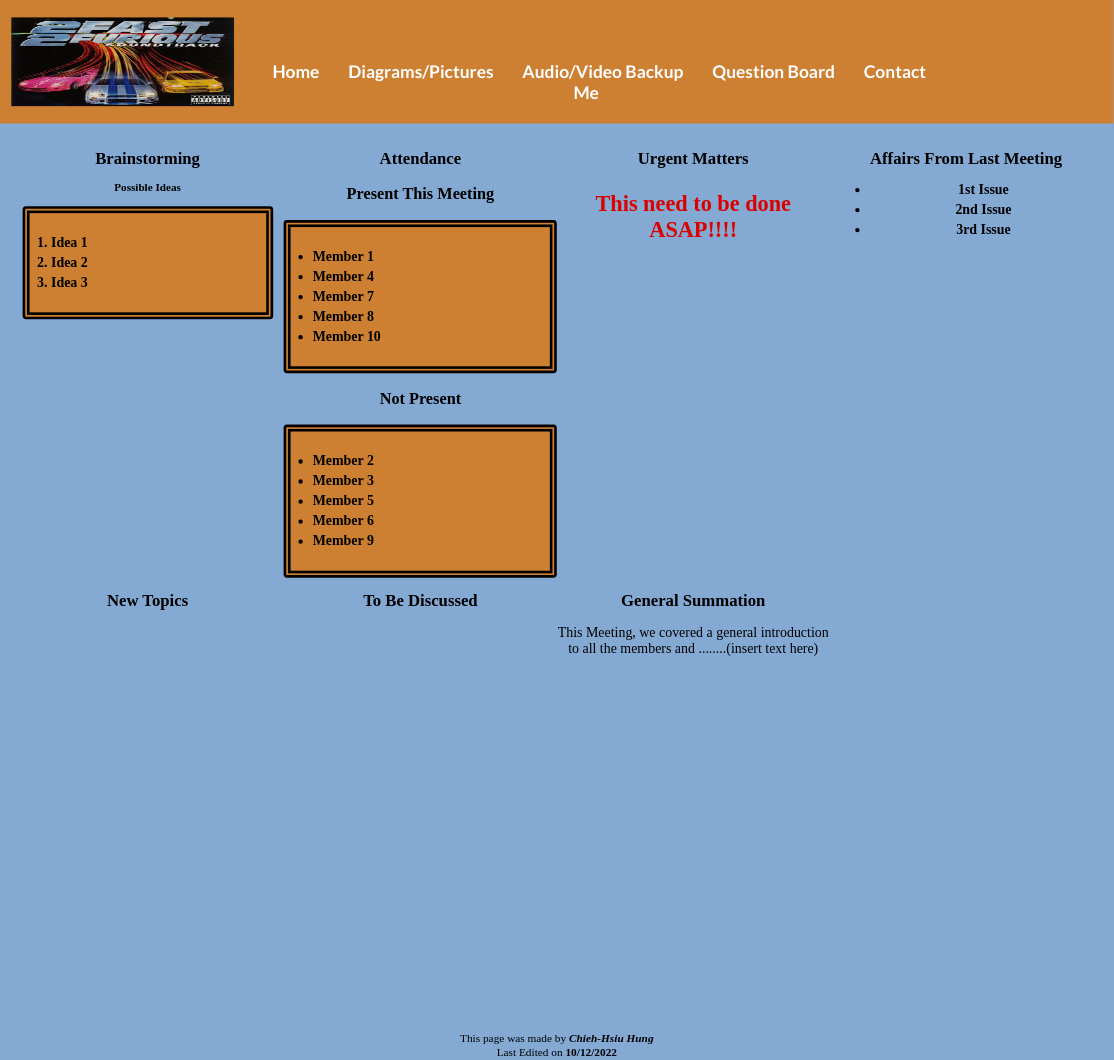
Repository: Chieh0501/fa22-cse110-lab3
Page: index.html
The author's editor kept a copy of each file at every save. The page is drawn from the files as they stood at one save, then again after the next save.
The browser window is 1280 px wide. The pictures show the whole page, at 87% of full size.

Above is the page before, as saved 2022-10-13 04:31:28.

### index.html
<!DOCTYPE html>
<html lang="en">

<head>
	<meta charset="utf-8" />
	<meta name="description" content="Team 2 Meeting Notes" />
	<meta name="keywords" content="HTML, CSS, JavaScript" />
	<meta name="author" content="Chieh-Hsiu Hung" />
	<meta name="viewport" content="width=device-width, initial-scale=1.0" />
	<title>Team 2 Meeting Notes</title>
	<link href="images/favicons/favicon.ico" rel="icon" />
	<link href="styles/main.css" rel="stylesheet" />
	<!-- <script>
		window.addEventListener('load', function () {
			let time = window.performance.timing,
				complete = time.domComplete - time.domLoading;
			document.getElementById('page-load-info').innerHTML = `<strong>Page Loaded in ${parseInt(complete)}ms
			 on ${new Date().toLocaleString("en-US")}</strong>`;
		});
	</script> -->

</head>

<body>
	<header>
		<img src="images/logo.png" alt="Demo Team Logo" class="logo" id="logo">
		<nav class="navBar">
			<a href="index.html">Home</a>
			<a href="images.html">Diagrams/Pictures</a>
			<a href="multimedia.html">Audio/Video Backup</a>
			<a href="questions.html">Question Board</a>
			<a href="contacts.html">Contact Me</a>
		</nav>
	</header>

	<main id="home_main">
		<section class="title">
			<h1>Team 2 Introductory Meeting</h1>
			<h2 id="date">Date: 10/5/2022</h2>
		</section>

		<hr id="blocker" />
		<section id="attendance" class="attendance">
			<h2>Attendance</h2>
			<!-- <form>
				Add Checkbox state with JS later
				<input type="checkbox" id="member1" name="member1" value="chung">
				<label for="vehicle1"> Chieh-Hsiu Hung</label><br>
				<input type="checkbox" id="member2" name="member2" value="avalliani">
				<label for="vehicle1"> Amaar Valliani</label><br>
				<input type="checkbox" id="member3" name="member3" value="ajia">
				<label for="vehicle1"> Andrew Jia</label><br>
				<input type="checkbox" id="member4" name="member4" value="ivarela">
				<label for="vehicle1"> Issac Varela</label><br>
				<input type="checkbox" id="member5" name="member5" value="lnguyen">
				<label for="vehicle1"> Liam Nguyen</label><br>
				<input type="checkbox" id="member6" name="member6" value="nrao">
				<label for="vehicle1"> Nikhil Rao</label><br>
				<input type="checkbox" id="member7" name="member7" value="sdadhwal">
				<label for="vehicle1"> Sahil Dadhwal</label><br>
				<input type="checkbox" id="member8" name="member8" value="tkoon">
				<label for="vehicle1"> Thomas Koon</label><br>
				<input type="checkbox" id="member9" name="member9" value="ycao">
				<label for="vehicle1"> Yingqi Cao</label><br>
				<input type="checkbox" id="member10" name="member10" value="yxu">
				<label for="vehicle1"> YunXiao Xu</label><br>
				<input type="submit" value="Submit">
			  </form> -->
			  <h3>Present This Meeting</h3>
			  <ul>
				<li>Member 1</li>
				<li>Member 4</li>
				<li>Member 7</li>
				<li>Member 8</li>
				<li>Member 10</li>
			  </ul>
			  <h3>Not Present</h3>
			  <ul>
				<li>Member 2</li>
				<li>Member 3</li>
				<li>Member 5</li>
				<li>Member 6</li>
				<li>Member 9</li>
			  </ul>
		</section>
		<section class="brainstorming">
			<h2>Brainstorming</h2>
			<div id="subtitle">Possible Ideas</div>
			<ol>
				<li>Idea 1</li>
				<li>Idea 2</li>
				<li>Idea 3</li>
			  </ol>
		</section>
		<section class="urgent">
			<h2>Urgent Matters</h2>
			<p id="urgent"><span>This need to be done ASAP!!!!</span></p>
		</section>
		<section class="last_meeting">
			<h2>Affairs From Last Meeting</h2>
			<ul>
				<li>1st Issue</li>
				<li>2nd Issue</li>
				<li>3rd Issue</li>
			  </ul>
		</section>
		<section class="new_topics">
			<h2>New Topics</h2>
		</section>
		<section class="tbd">
			<h2>To Be Discussed</h2>
		</section>
		<section class="summation">
			<h2>General Summation</h2>
			<p>This Meeting, we covered a general introduction to all the members and ........(insert text here)</p>
		</section>
	</main>

	<footer>
		<hr />
		<div>This page was made by <i><b>Chieh-Hsiu Hung</b></i></div>
		<aside>Last Edited on <strong>10/12/2022</strong></aside>
	</footer>
</body>

</html>

### styles/main.css
/* main.css */

html,

:root {
  --vw-lg: 1920px;
  --vw-md: 1366px;
  --vw-sm: 600px;
  --primary-color: #84aad4;
  --secondary-color: white;
  --accent-color-1: #CD7F32;
  --accent-color-2: #969696;
  --accent-color-3: hsl(150deg 30% 60%);
}

body {
  background-color: var(--primary-color);
  display: block;
  margin: 0;
  padding-top: 0;
  padding-bottom: 0;
  padding-left: 0;
  padding-right: 0;
}
@font-face {
  font-family: "Lato";
  font-style: normal;
  font-weight: 400;
  src: url("../fonts/Lato/Lato-Regular.ttf") format("truetype");
}
@font-face {
  font-family: "Lato";
  font-weight: bold;
  font-weight: 400;
  src: url("../fonts/Lato/Lato-Bold.ttf") format("truetype");
}
@font-face {
  font-family: "Lato";
  font-style: italic;
  font-weight: 400;
  src: url("../fonts/Lato/Lato-Italic.ttf") format("truetype");
}
.grid main{
  display: grid;
}

/****** header ******/

header {
  display:grid;
  grid-template-columns: repeat(6, 1fr);
  gap: 1rem;
  text-align: center;
  padding: 20px 0;
  font-family: "Lato", bold;
  background: var(--accent-color-1);
}

#logo {
  margin-left: 1vw;
  float: left;
  height: 3vw;
}
/******* NavBar *******/
.navBar {
  grid-column: 2 / span 4;
  position: relative;
  overflow: hidden;
  margin-top: 50px;
}
.navBar > a{
  float: none;
  color: #ffffff;
  text-align: center;
  padding: 15px 15px;
  text-decoration: none;
  font-size: 20px;
}
.navBar a:hover{
  text-decoration: underline;
}
.navBar a:visited{
  color: #000000;
}
/****** general **********/
section h2{
  font-size: 1.5vw;
}
hr {
  display: none;
}

/****** home content ******/
#home_main {
  display:grid;
  margin: 1vw;
  grid-template-columns: repeat(4, 1fr);
  grid-template-rows: repeat(2, 1fr);
  text-align: center;
}
.title {
  display:flex;
  flex-direction: column;
  margin: 1vw;
  text-align: center;
}
.title h1{
  float:initial;
  font-size: 2vw;
}
.title h2{
  float:initial;
  font-size: 1.5vw;
}

.attendance{
  grid-row: 1;
  grid-column: 2;
}
.attendance ul{
  background-color: var(--accent-color-1);
  border: 8px double black;
  border-radius: 0.25pc;
  margin: 0 auto;
  padding: 15pt;
  text-align: left;
}
.brainstorming #subtitle{
  font-weight: bold;
  font-size: 1vw;
}
.brainstorming ol{
  background-color: var(--accent-color-1);
  border: 8px double black;
  border-radius: 4px;
  margin: 1vw;
  padding: 20px;
  text-align: left;
}

ul li {
  margin: 5px;
  font-weight: bold;
}
ol li {
  margin: 5px;
  font-weight: bold;
}
.urgent p{
  color: rgb(219, 0, 0);
  font-size: 2vw;
  font-weight: bold;
}

.contactform{
  position: relative;
  grid-row: 2 / span 6;
  background-color: var(--secondary-color);
  margin-left: 2vw;
  grid-column: 1 / span 2;
  height: auto;
}
.contactform label{
  position: relative;
  font-weight: bold;
}
.contactform input[type = text], select, textarea{
  width: 100%;
  padding: 6px;
  grid-column: 1 / span 6;
  border: 1px solid var(--accent-color-1);
  border-radius: 6px;
  resize: vertical;
}
/***** Button *******/
.button{
  display: inline-block;
  width: fit-content;
  height: fit-content;
  padding: 1vw 2vw;
  text-align: center;
  text-decoration: none;
  color: var(--primary-color);
  background-color: var(--accent-color-1);
  border-radius: 8px;
  outline: none;
}
.button:hover{
  text-decoration: underline;
  color:azure;
  background-color: #969696;
}
@media screen and (max-width: 800px){
  #index_main{
    display:grid;
    margin-left: 1vw;
    margin-right: 1vw;
    grid-template-columns: repeat(6, 1fr);
    grid-template-rows: repeat(6, 1fr);
    text-align: center;
  }
  main.main2{
    display:grid;
    margin-left: 1vw;
    margin-right: 1vw;
    grid-template-columns: 1fr;
    grid-template-rows: repeat(4, 1fr);
    text-align: center;
  }
  #contact_frame{
    width: 100%;
    margin-left: 1vw;
    grid-column: 1;
    grid-row: 3;
  }
  .navBar a{
    float: none;
    display: none;
  }

  .title{
    display:none;
  }
  .short_title{
    display: block;
    grid-row: 1 / span 3;
    grid-column: 2 / span 4;
    font-size: 6vw;
  }
  img{
    width: 80vw;
  }
  #hamburger{
    display: block;
  }
  #hamburger input{
    display: block;
  }
  .contactform{
    grid-column: 1;
  }
  #notice{
    display: none;
  }
  .button{
    width: 60vw;
    height: 20vw;
  }
  #Contact_Button{
    grid-row: 3 / span 2;
    grid-column: 2 / span 6;
  }
  #download_resume{
    grid-row: 6 / span 2;
    grid-column: 2 / span 6;
  }
  img#logo {
    width: 40vw;
    height: 16vw;
  }
}
@media screen and (max-width: 1366px) {
  main{
    display:grid;
    margin-left: 1vw;
    margin-right: 1vw;
    grid-template-columns: 1fr;
    grid-template-rows: repeat(3, 1fr);
    text-align: center;
  }
  #index_main{
    display:grid;
    margin-left: 1vw;
    margin-right: 1vw;
    grid-template-columns: repeat(6, 1fr);
    grid-template-rows: repeat(6, 1fr);
    text-align: center;
  }
  .title{
    display:none;
  }
  .short_title{
    display: block;
    grid-row: 1 / span 3;
    grid-column: 2 / span 4;
    font-size: 6vw;
  }
  main.main2{
    display:grid;
    margin-left: 1vw;
    margin-right: 1vw;
    grid-template-columns: repeat(2, 1fr);
    grid-template-rows: repeat(2, 1fr);
    text-align: center;
  }
  main.about_main{
    display:grid;
    margin-left: 1vw;
    margin-right: 1vw;
    grid-template-columns: 1fr;
    grid-template-rows: repeat(4, 1fr);
    text-align: center;
  }
  section#diving{
    grid-row: 1;
    grid-column: 1;
  }
  section#sailing{
    grid-row: 2;
    grid-column: 1;
  }
  video{
    width: 80vw;
  }
  img{
    width: 80vw;
  }
  section#snowboarding{
    grid-row: 3;
    grid-column: 1;
  }
  section#songs{
    grid-row:4;
    grid-column: 1;
  }
  .contactform{
    grid-column: 1/ span 6;
  }
  #notice{
    display: none;
    font-variant:small-caps;
  }
  #contact_frame{
    margin-left: 1vw;
    grid-column: 1;
    grid-row: 3;
  }
  .title2{
    width: 30vw;
    grid-column: 2;
    grid-row: 1 / span 2;
  }
  #clock{
    grid-column: 1;
    grid-row: 1;
  }
  h1.project{
    align-self: center;
    grid-row: 1;
    grid-column: 1;
  }
  img#logo {
    width: 20vw;
    height: 8vw;
  }
}
/* a:link { color: #3366BB; }
a:visited { color: #663366 }
a:visited:hover { color: #0b0080; }
a:hover { color: gray; }
a:active { background-color: yellow; border: 4px solid red;} */


/****** footer ******/
footer {
  font-size: small;
  text-align: center;
}

After the next save:
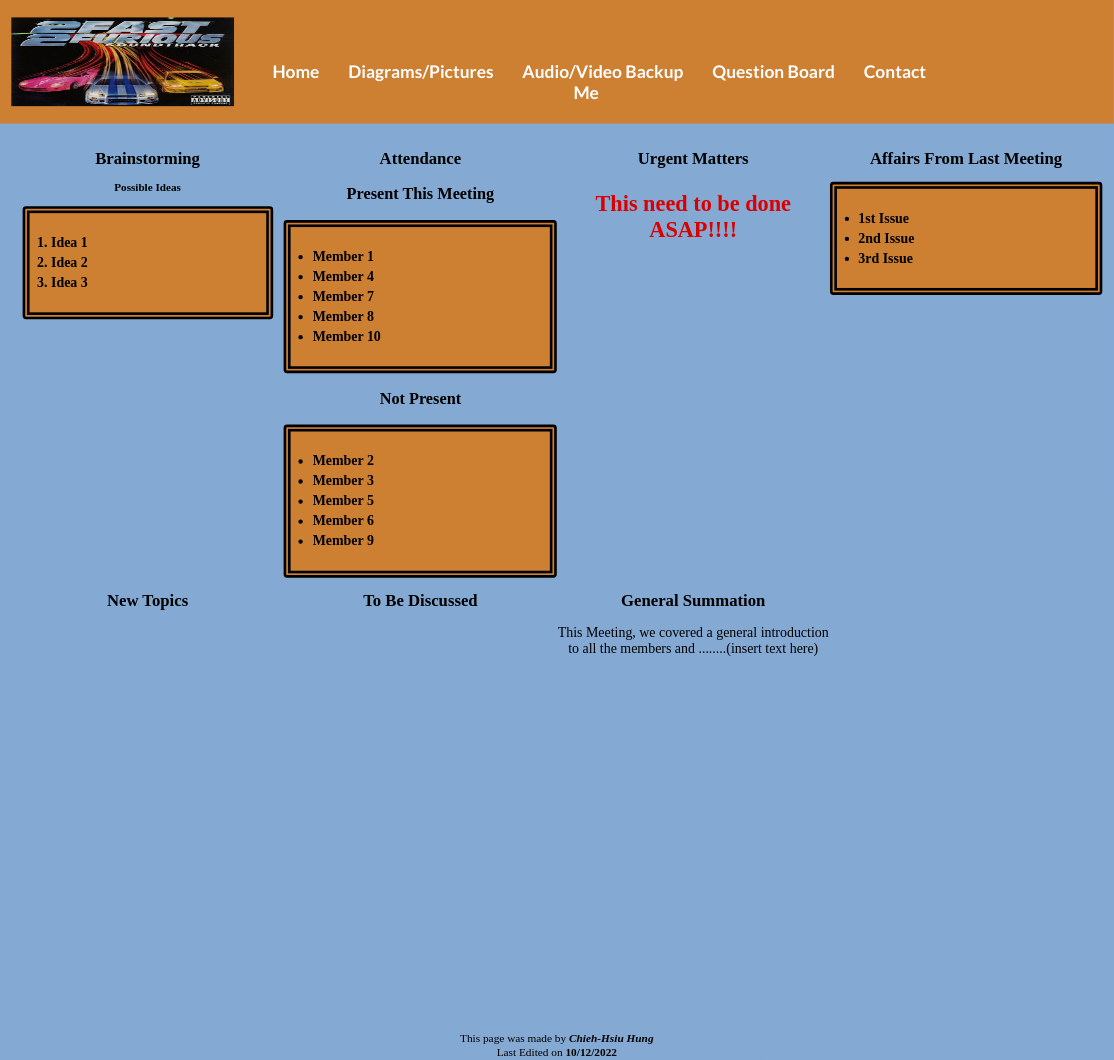
Saved 45 s later.
--- a/styles/main.css
+++ b/styles/main.css
@@ -151,7 +151,14 @@
   font-size: 2vw;
   font-weight: bold;
 }
-
+.last_meeting ul{
+  background-color: var(--accent-color-1);
+  border: 8px double black;
+  border-radius: 0.25pc;
+  margin: 0 auto;
+  padding: 15pt;
+  text-align: left;
+}
 .contactform{
   position: relative;
   grid-row: 2 / span 6;
